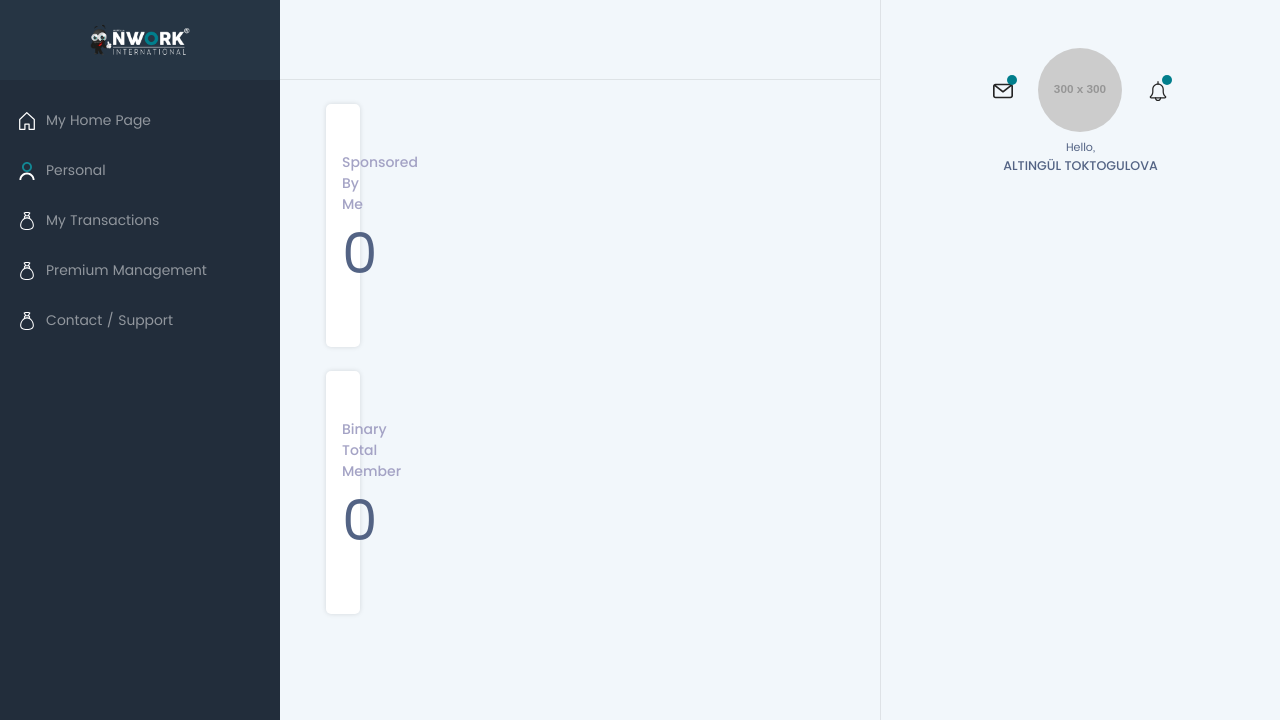
Repository: KayahanKahriman/nwork-admin
Page: index.html
The author's editor kept a copy of each file at every save. The page is drawn from the files as they stood at one save, then again after the next save.
The browser window is 1280 px wide. The pictures show the whole page.
Some web fonts or font styles are not loaded; a fallback is used. The style sheet was rebuilt from its Sass, Less or Tailwind sources for each picture, by a compiler version that may differ from the author's.

Above is the page before, as saved 2021-06-09 17:33:29.

After the next save:
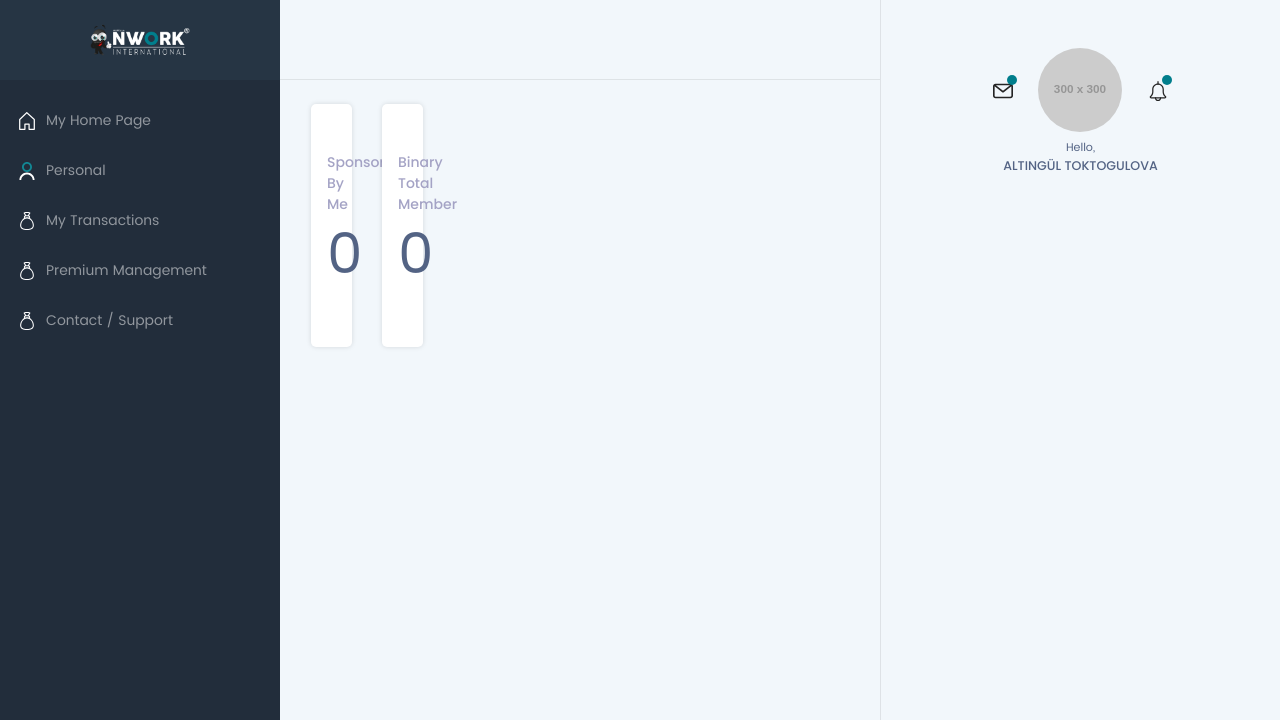
Saved 7 s later.
--- a/index.html
+++ b/index.html
@@ -96,16 +96,18 @@
         <div class="container-fluid">
             <div class="row">
                 <div class="col-6">
-                    <div class="col-3 mb-4">
-                        <div class="white-box shadow-box py-5 px-3 text-center">
-                            <strong class="box-title">Sponsored By Me</strong>
-                            <div class="jumbo-text">0</div>
+                    <div class="row">
+                        <div class="col-3 mb-4">
+                            <div class="white-box shadow-box py-5 px-3 text-center">
+                                <strong class="box-title">Sponsored By Me</strong>
+                                <div class="jumbo-text">0</div>
+                            </div>
                         </div>
-                    </div>
-                    <div class="col-3 mb-4">
-                        <div class="white-box shadow-box py-5 px-3 text-center">
-                            <strong class="box-title">binary total member</strong>
-                            <div class="jumbo-text">0</div>
+                        <div class="col-3 mb-4">
+                            <div class="white-box shadow-box py-5 px-3 text-center">
+                                <strong class="box-title">binary total member</strong>
+                                <div class="jumbo-text">0</div>
+                            </div>
                         </div>
                     </div>
                 </div>
